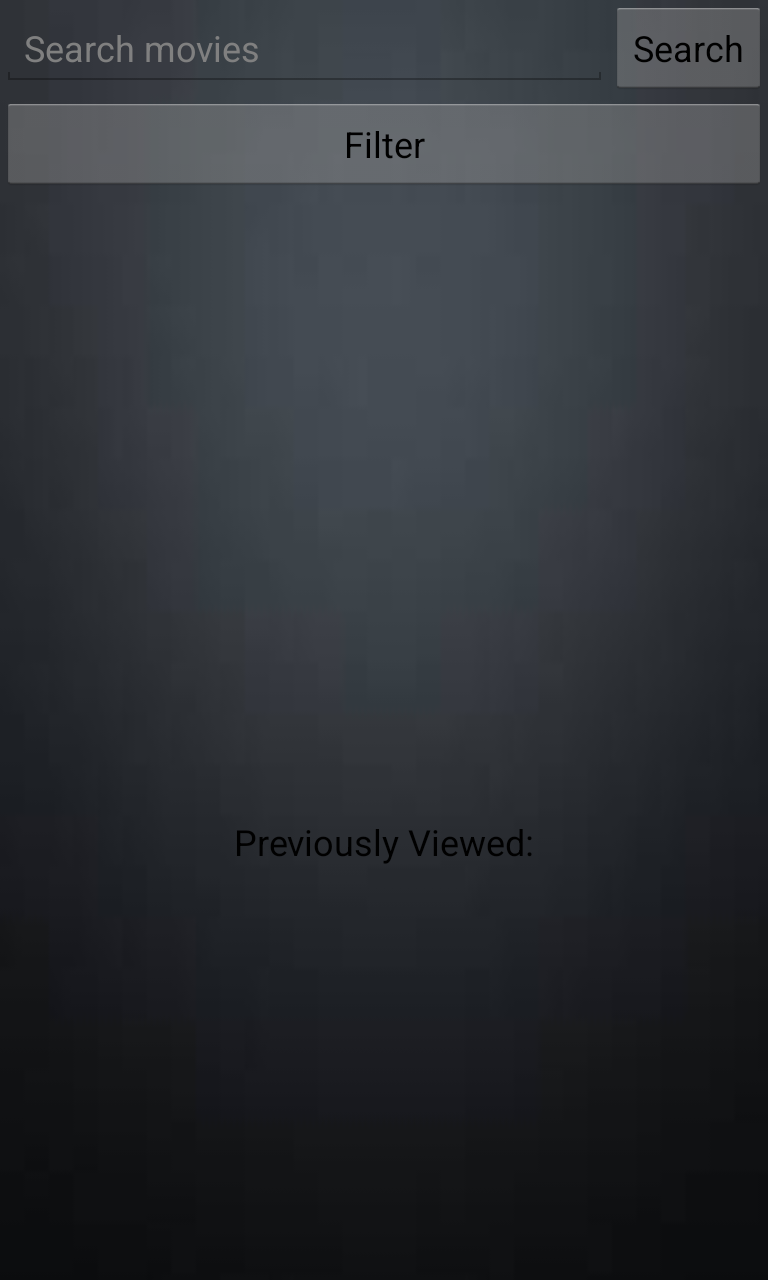
Repository: Tupling/Android-MovieDB
Layout: Java2_Android_App/MovieDB/res/layout/linear_layout.xml
The author's editor kept a copy of each file at every save. The layout is drawn from the files as they stood at one save, then again after the next save.
It is drawn on a 768 x 1280 px phone screen (xhdpi) without system bars, with theme AppTheme; the app's code is not run. Lists and similar views that code fills are empty.

Above is the layout before, as saved 2013-12-13 03:35:42.

After the next save:
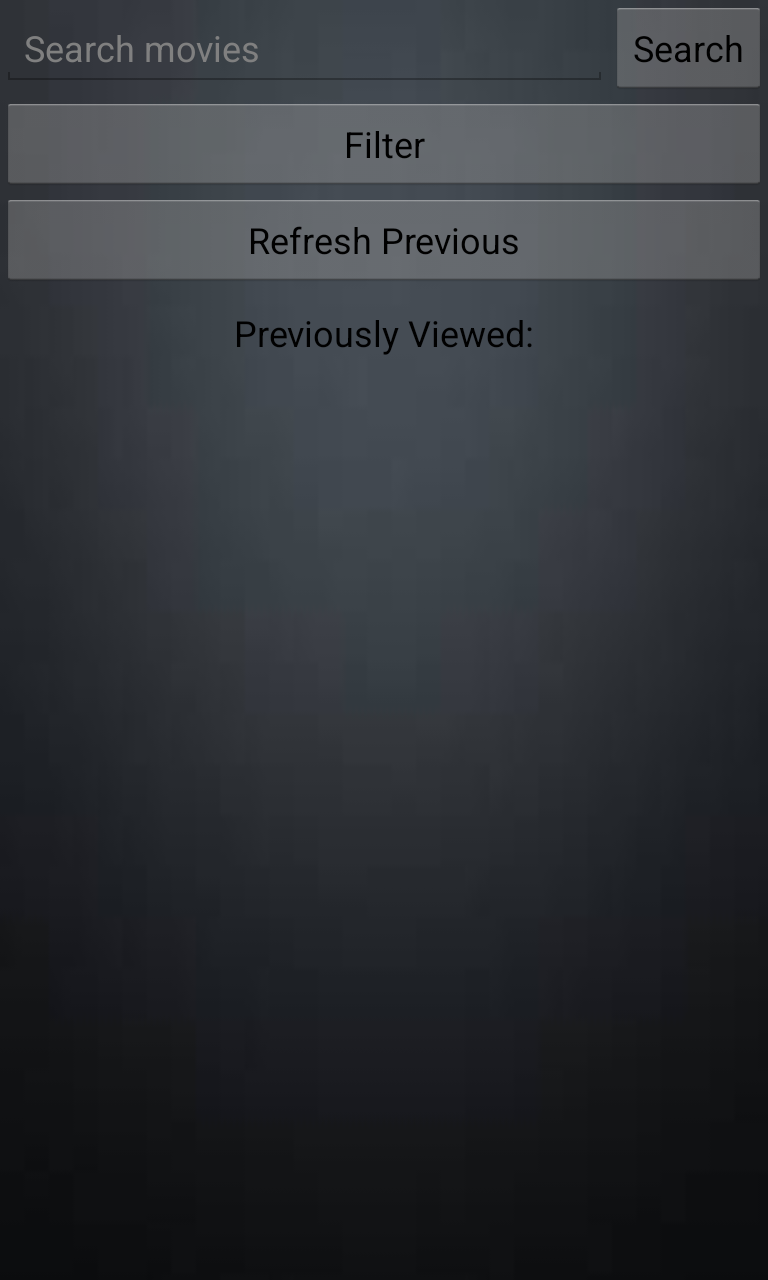
Saved 82 s later.
--- a/Java2_Android_App/MovieDB/res/layout/linear_layout.xml
+++ b/Java2_Android_App/MovieDB/res/layout/linear_layout.xml
@@ -2,63 +2,55 @@
 <LinearLayout xmlns:android="http://schemas.android.com/apk/res/android"
     android:layout_width="match_parent"
     android:layout_height="match_parent"
-    android:background="@drawable/background"
-    android:orientation="vertical" >
+    android:orientation="vertical"
+    android:background="@drawable/background">
 
     <LinearLayout
         android:layout_width="match_parent"
         android:layout_height="wrap_content"
-        android:orientation="horizontal" >
+        android:orientation="horizontal"
+        >
 
         <EditText
             android:id="@+id/search_input"
             android:layout_width="0dip"
+            android:layout_weight="1"
             android:layout_height="wrap_content"
-            android:layout_weight="1"
             android:hint="@string/search_movies"
-            android:textColor="#FFF" />
+            android:textColor="#FFF"/>
 
         <Button
             android:id="@+id/search_button"
             android:layout_width="wrap_content"
             android:layout_height="wrap_content"
-            android:text="@string/search_btn_text" />
+            android:text="@string/search_btn_text"/>
+
+
     </LinearLayout>
 
-    <LinearLayout
+    <Button
+        android:id="@+id/filter_button"
         android:layout_width="match_parent"
         android:layout_height="wrap_content"
-        android:orientation="horizontal" >
+        android:text="@string/filter_btn_text" />
 
-        <Button
-            android:id="@+id/filter_button"
-            android:layout_width="match_parent"
-            android:layout_height="wrap_content"
-            android:text="@string/filter_btn_text" />
-
-        <Button
-            android:id="@+id/refresh_previous"
-            android:layout_width="match_parent"
-            android:layout_height="wrap_content"
-            android:text="@string/refresh_btn_text" />
-    </LinearLayout>
-
-    <LinearLayout
+    <Button
+        android:id="@+id/refresh_previous"
         android:layout_width="match_parent"
         android:layout_height="wrap_content"
-        android:orientation="horizontal" >
+        android:text="@string/refresh_btn_text" />
 
-        <TextView
+     <TextView
             android:id="@+id/previous_viewed"
             android:layout_width="match_parent"
             android:layout_height="wrap_content"
-            android:layout_marginTop="5dip"
+            android:layout_marginTop="10dip"
             android:gravity="center"
-            android:text="@string/previous"
             android:textColor="#000"
-            android:textSize="18sp" />
+            android:textSize="18sp"
+            android:text="@string/previous"/>
 
-        <ImageView
+             <ImageView
             android:id="@+id/previous_poster"
             android:layout_width="wrap_content"
             android:layout_height="wrap_content"
@@ -67,10 +59,9 @@
             android:contentDescription="@string/poster" />
 
         <ListView
-            android:id="@+id/movie_list"
-            android:layout_width="wrap_content"
-            android:layout_height="wrap_content" >
-        </ListView>
-    </LinearLayout>
+       android:id="@+id/movie_list"
+        android:layout_width="wrap_content"
+        android:layout_height="wrap_content" >
 
+    </ListView>
 </LinearLayout>
